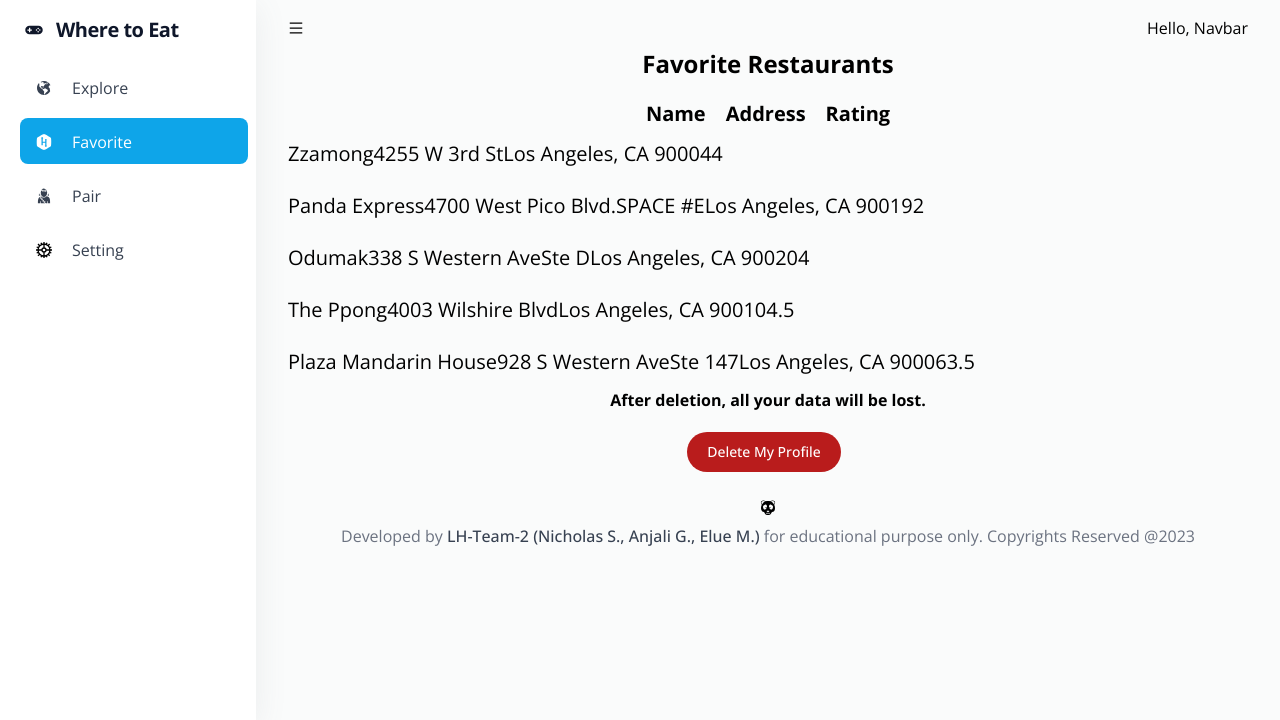
Repository: n-shen/where-to-eat
Page: /favorite (app in client/)
The author's editor kept a copy of each file at every save. The page is drawn from the files as they stood at one save, then again after a run of saves.
The browser window is 1280 px wide. The pictures show the whole page.
The page's requests for data from a server got no answer. The project was rebuilt for these pictures with package versions that can differ from the ones it lists, and the page was loaded fresh each time. No one was signed in, and anything a server would have sent is missing. Also part of the build but not shown: client/src/data/cities.js, client/src/components/SearchForm.jsx, client/src/components/SearchResult.jsx, client/src/components/room.jsx, client/src/components/Room/Chat.jsx, client/src/components/Room/Selection.jsx, client/src/components/Room/Intro.jsx, client/src/components/Room/Game.jsx and 5 more.

Above is the page before, as saved 2023-05-05 20:06:16.

### client/src/index.js
import React from "react";
import ReactDOM from "react-dom/client";
import "./index.css";
import App from "./App";
import { ContextProvider } from "./contexts/ContextProvider";

const root = ReactDOM.createRoot(document.getElementById("root"));
root.render(
  <ContextProvider>
    <App />
  </ContextProvider>
);

### client/src/index.css
@import url('https://fonts.googleapis.com/css2?family=Open+Sans:wght@400;500;600;700&display=swap');

body {
  margin: 0;
  padding:0;
  font-family: "Open Sans", sans-serif;
}

@tailwind base;
@tailwind components;
@tailwind utilities;

### client/src/App.js
import React, { useEffect } from "react";
import { BrowserRouter, Routes, Route } from "react-router-dom";

import { Navbar, Sidebar, RoomPage } from "./components";
import {Favorite, Home} from "./pages";

import { useStateContext } from "./contexts/ContextProvider";
import "./App.css";

// import axios from "axios";

function App() {
  const { shared_info, activeMenu } = useStateContext();

  // const baseURL = shared_info.baseURL;

  return (
      <div>
        <BrowserRouter>
          <div className="flex relative dark:bg-main-dark-bg">
            {activeMenu ? (
                <div className="w-64 fixed sidebar dark:bg-secondary-dark-bg bg-white">
                  <Sidebar />
                </div>
            ) : (
                <div className="w-0 dark:bg-secondary-dark-bg">
                  <Sidebar />
                </div>
            )}

            <div
                className={`dark:bg-main-bg bg-main-bg min-h-screen w-full ${
                    activeMenu ? "md:ml-64" : " flex-2"
                }`}
            >
              <div className="fixed md:static bg-main-bg dark:bg-main-dark-bg navbar w-full">
                <Navbar />
              </div>

              <div>
                <Routes>
                  <Route path="/" element={<Home />}></Route>
                  <Route path="/favorite" element={<Favorite />}></Route>
                  <Route path="/room" element={<RoomPage />}></Route>
                </Routes>
              </div>
            </div>
          </div>
        </BrowserRouter>
      </div>
  );
}

export default App;

### client/src/contexts/ContextProvider.jsx
import React, { createContext, useContext, useState } from "react";
import { io } from "socket.io-client";

const StateContext = createContext();

const shared_info = {
  serverURL: "http://localhost:8080",
  apiURL: "http://localhost:8080/api/v1",
};

const socket = io(shared_info.serverURL);

export const ContextProvider = ({ children }) => {
  const [screenSize, setScreenSize] = useState(undefined);
  const [activeMenu, setActiveMenu] = useState(true);
  const [userProfile, setUserProfile] = useState(undefined);
  const [gameBegin, setGameBegin] = useState(false);
  const [gameIntroBegin, setGameIntroBegin] = useState(false);
  const [selectionBegin, setSelectionBegin] = useState(false);
  const [waiting, setWaiting] = useState(false);
  const [partnerReady, setPartnerReady] = useState(false);
  const [partnerAction, setPartnerAction] = useState("");
  const [displayCross, setDisplayCross] = useState(false);
  const [displayFinal, setDisplayFinal] = useState("");

  const [localStore, setLocalStore] = useState(null);

  const [queryResults, setQueryResults] = useState(null);

  return (
    <StateContext.Provider
      value={{
        socket,
        shared_info,
        userProfile,
        setUserProfile,
        activeMenu,
        setActiveMenu,
        screenSize,
        setScreenSize,
        selectionBegin,
        setSelectionBegin,
        waiting,
        setWaiting,
        gameIntroBegin,
        setGameIntroBegin,
        gameBegin,
        setGameBegin,
        partnerReady,
        setPartnerReady,
        partnerAction,
        setPartnerAction,
        displayCross,
        setDisplayCross,
        displayFinal,
        setDisplayFinal,
        queryResults,
        setQueryResults,
        localStore,
        setLocalStore,
      }}
    >
      {children}
    </StateContext.Provider>
  );
};

export const useStateContext = () => useContext(StateContext);

### client/src/components/index.js
export { default as Navbar } from "./Navbar";
export { default as Sidebar } from "./Sidebar";
export { default as Footer } from "./Footer";
export { default as SearchForm } from "./SearchForm";
export { default as SearchResult } from "./SearchResult";
export { default as RoomPage } from "./room";
export { default as Room } from "./Room/Room";

### client/src/pages/index.jsx
export { default as Home } from "./Home";
export { default as Favorite } from "./Favorite";

### client/src/App.css
.sidebar {
  box-shadow: rgb(113 122 131 / 11%) 0px 7px 30px 0px;
}
.nav-item,
.navbar {
  z-index: 10000;
}
@media  screen and (max-width:800px) {
  .sidebar{
    z-index: 10000000;
  }
}

.e-dlg-center-center, .e-quick-popup-wrapper.e-device{
  z-index: 1000000 !important;
}

::-webkit-scrollbar {
  width: 6px;
}
::-webkit-scrollbar-thumb {
  background-color: rgb(216, 216, 216);
  border-radius: 40px;
}
::-webkit-scrollbar-track {
  background-color: transparent;
}

/* color-picker style  */

#preview {
  background: transparent
  url('https://ej2.syncfusion.com/react/demos/src/color-picker/images/pen.png')
  no-repeat;
  display: inline-block;
  height: 80px;
  margin: 10px 0;
  min-width: 300px;
  max-width: 600px;
  background-color: #008000;
}

.e-input-group:not(.e-float-icon-left), .e-input-group.e-success:not(.e-float-icon-left), .e-input-group.e-warning:not(.e-float-icon-left), .e-input-group.e-error:not(.e-float-icon-left), .e-input-group.e-control-wrapper:not(.e-float-icon-left), .e-input-group.e-control-wrapper.e-success:not(.e-float-icon-left), .e-input-group.e-control-wrapper.e-warning:not(.e-float-icon-left), .e-input-group.e-control-wrapper.e-error:not(.e-float-icon-left){
  border: none;
}

### client/src/components/Navbar.jsx
import React, { useEffect } from "react";
import { useStateContext } from "../contexts/ContextProvider";
import { AiOutlineMenu } from "react-icons/ai";

const Navbar = () => {
    const { activeMenu, setActiveMenu, setScreenSize, screenSize, userProfile } =
        useStateContext();

    useEffect(() => {
        const handleResize = () => setScreenSize(window.innerWidth);

        window.addEventListener("resize", handleResize);

        handleResize();

        return () => window.removeEventListener("resize", handleResize);
    }, [setScreenSize]);

    useEffect(() => {
        if (screenSize <= 900) {
            setActiveMenu(false);
        } else {
            setActiveMenu(true);
        }
    }, [screenSize, setScreenSize, setActiveMenu]);

    const handleActiveMenu = () => setActiveMenu(!activeMenu);

    return (
        <div className="mt-2 flex justify-between p-2 md:ml-6 md:mr-6 relative">
            <button onClick={handleActiveMenu}>
                <AiOutlineMenu />
            </button>
            <div>
                <p className={screenSize >= 900 ? "" : "text-xs"}>Hello, Navbar</p>
                {userProfile && (
                    <div className="flex items-center gap-2 p-1 rounded-lg text-right">
                        <p className={screenSize >= 900 ? "" : "text-xs"}>
                            <span className="text-gray-400 text-14">Hi,</span>{" "}
                            <span className="text-gray-400 font-bold ml-1 text-14">
                {userProfile["name"]}
              </span>{" "}
                            <span className="text-gray-400 text-14">from</span>
                            <span className="text-gray-400 font-bold ml-1 text-14">
                {userProfile["city"]}
              </span>{" "}
                        </p>
                    </div>
                )}
            </div>
        </div>
    );
};

export default Navbar;

### client/src/components/Sidebar.jsx
import React from "react";
import { Link, NavLink } from "react-router-dom";
import { GiEarthAmerica, GiFrankensteinCreature } from "react-icons/gi";
import { GrSettingsOption } from "react-icons/gr";
import { IoLogoGameControllerA } from "react-icons/io";
import { FaHackerrank } from "react-icons/fa";
import { MdOutlineCancel } from "react-icons/md";
import { useStateContext } from "../contexts/ContextProvider";

const Sidebar = () => {
    const { activeMenu, setActiveMenu, screenSize } = useStateContext();

    const handleCloseSideBar = () => {
        if (activeMenu !== undefined && screenSize <= 900) {
            setActiveMenu(false);
        }
    };

    const activeLink =
        "flex items-center gap-5 pl-4 pt-3 pb-2.5 rounded-lg text-white text-md m-2 bg-sky-500/100";
    const normalLink =
        "flex items-center gap-5 pl-4 pt-3 pb-2.5 rounded-lg text-md text-gray-700 dark:text-gray-200 dark:hover:text-black hover:bg-light-gray m-2";

    return (
        <div className="ml-3 h-screen md:overflow-hidden overflow-auto md:hover:overflow-auto pb-10">
            {activeMenu && (
                <>
                    <div className="flex justify-between items-center">
                        <Link
                            to="/"
                            onClick={handleCloseSideBar}
                            className="items-center gap-3 ml-3 mt-4 flex text-xl font-extrabold tracking-tight dart:text-white text-slate-900"
                        >
                            <IoLogoGameControllerA />
                            <span>Where to Eat</span>
                        </Link>

                        <div>
                            <button
                                type="button"
                                onClick={() => setActiveMenu(!activeMenu)}
                                className="text-xl rounded-full p-3 hover:bg-light-gray mt-4 block md:hidden"
                            >
                                <MdOutlineCancel />
                            </button>
                        </div>
                    </div>
                    <div className="mt-5">
                        <NavLink
                            to="/"
                            key="Home"
                            onClick={handleCloseSideBar}
                            className={({ isActive }) => (isActive ? activeLink : normalLink)}
                        >
                            <GiEarthAmerica />
                            <span>Explore</span>
                        </NavLink>

                        <NavLink
                            to="/favorite"
                            key="Favorite"
                            onClick={handleCloseSideBar}
                            className={({ isActive }) => (isActive ? activeLink : normalLink)}
                        >
                            <FaHackerrank />
                            <span>Favorite</span>
                        </NavLink>

                        <NavLink
                            to="/room"
                            key="RoomPage"
                            onClick={handleCloseSideBar}
                            className={({ isActive }) => (isActive ? activeLink : normalLink)}
                        >
                            <GiFrankensteinCreature />
                            <span>Pair</span>
                        </NavLink>

                        <NavLink
                            to="/setting"
                            key="Setting"
                            onClick={handleCloseSideBar}
                            className={({ isActive }) => (isActive ? activeLink : normalLink)}
                        >
                            <GrSettingsOption />
                            <span>Setting</span>
                        </NavLink>
                    </div>
                </>
            )}
        </div>
    );
};

export default Sidebar;

### client/src/components/Footer.jsx
import React from "react";
import { GiPanda } from "react-icons/gi";

const Footer = () => {
    return (
        <div className="mt-5 mb-5 ">
            <div className="flex justify-center mb-2">
                <GiPanda />
            </div>

            <p className="text-center text-gray-500 dark:text-gray-400">
                Developed by{" "}
                <span className="font-medium text-gray-700 dark:text-blue-500 hover:no-underline">
          LH-Team-2 (Nicholas S., Anjali G., Elue M.)
        </span>{" "}
                for educational purpose only. Copyrights Reserved @2023
            </p>
        </div>
    );
};

export default Footer;

### client/src/pages/Favorite.jsx
import React, { useState } from "react";
import { useStateContext } from "../contexts/ContextProvider";
import { Footer } from "../components";
import axios from "axios";

export const restaurants = [
  {
    id: 1,
    name: "Zzamong",
    image:
      "https://s3-media2.fl.yelpcdn.com/bphoto/6AUVIwPCv8wCZ9FYeCfocw/o.jpg",
    address: ["4255 W 3rd St", "Los Angeles, CA 90004"],
    rating: "4",
  },
  {
    id: 2,
    name: "Panda Express",
    image:
      "https://s3-media4.fl.yelpcdn.com/bphoto/44dT6JEXkhMrtUcps1a5jw/o.jpg",
    address: ["4700 West Pico Blvd.", "SPACE #E", "Los Angeles, CA 90019"],
    rating: "2",
  },
  {
    id: 3,
    name: "Odumak",
    image:
      "https://s3-media1.fl.yelpcdn.com/bphoto/hKaezVO6_0F50RXmfH7WBQ/o.jpg",
    address: ["338 S Western Ave", "Ste D", "Los Angeles, CA 90020"],
    rating: "4",
  },
  {
    id: 4,
    name: "The Ppong",
    image:
      "https://s3-media3.fl.yelpcdn.com/bphoto/Li5i5N_Y7VwLTsJvLA2pKw/o.jpg",
    address: ["4003 Wilshire Blvd", "Los Angeles, CA 90010"],
    rating: "4.5",
  },
  {
    id: 5,
    name: "Plaza Mandarin House",
    image:
      "https://s3-media1.fl.yelpcdn.com/bphoto/1nVrf8ItPD0dF_97JGQEzw/o.jpg",
    address: ["928 S Western Ave", "Ste 147", "Los Angeles, CA 90006"],
    rating: "3.5",
  },
];

const Favorite = () => {
  const { shared_info, screenSize, userProfile } = useStateContext();
  const baseURL = shared_info.baseURL;

  return (
    <div className={screenSize >= 900 ? "mt-0" : "mt-16"}>
      <h1 className="text-center font-bold text-2xl mb-5">
        Favorite Restaurants
      </h1>
      <FavoriteList />
      <h2 className="text-center font-bold">
        After deletion, all your data will be lost.
      </h2>
      <div className="flex justify-center">
        <button
          type="button"
          className="mt-5 text-white bg-red-700 hover:bg-red-800 focus:outline-none focus:ring-4 focus:ring-red-300 font-medium rounded-full text-sm px-5 py-2.5 text-center mr-2 mb-2 dark:bg-red-600 dark:hover:bg-red-700 dark:focus:ring-red-900"
        >
          Delete My Profile
        </button>
      </div>

      <Footer />
    </div>
  );
};

export default Favorite;

export const FavoriteList = () => {
  return (
    <div className="">
      <div className="flex flex-wrap items-center justify-center gap-5">
      <h2 className="flex items-center justify-center gap-3 text-xl font-bold text-center">Name</h2>
            <h2 className="flex items-center justify-center gap-3 text-xl font-bold text-center">Address</h2>
            <h2 className="flex items-center justify-center gap-3 text-xl font-bold text-center">Rating</h2>
      </div>
      <div className="flex flex-col items-start justify-center ml-5">
        {restaurants.map((restaurant) => (
          <div
            key={restaurant.id}
            className="flex items-center justify-center m-3"
          >
            <p
              htmlFor={restaurant.name}
              className="flex items-center justify-center gap-3 text-xl text-center"
            >
              {restaurant.name}
            </p>
            <p
              htmlFor={restaurant.address}
              className="flex items-center justify-center gap-3 text-xl text-center"
            >
              {restaurant.address}
            </p>
            <p
              htmlFor={restaurant.rating}
              className="flex items-center justify-center gap-3 text-xl text-center"
            >
              {restaurant.rating}
            </p>
          </div>
        ))}
      </div>
    </div>
  );
};

### client/tailwind.config.js
/** @type {import('tailwindcss').Config} */
module.exports = {
    content: ["./src/**/*.{js,jsx,ts,tsx}"],
    darkMode: "class",
    theme: {
        fontFamily: {
            display: ["Open Sans", "sans-serif"],
            body: ["Open Sans", "sans-serif"],
        },
        extend: {
            fontSize: {
                14: "14px",
            },
            backgroundColor: {
                "main-bg": "#FAFBFB",
                "main-dark-bg": "#20232A",
                "secondary-dark-bg": "#33373E",
                "light-gray": "#F7F7F7",
                "half-transparent": "rgba(0, 0, 0, 0.5)",
            },
            borderWidth: {
                1: "1px",
            },
            borderColor: {
                color: "rgba(0, 0, 0, 0.1)",
            },
            width: {
                400: "400px",
                760: "760px",
                780: "780px",
                800: "800px",
                1000: "1000px",
                1200: "1200px",
                1400: "1400px",
            },
            height: {
                80: "80px",
            },
            minHeight: {
                590: "590px",
            },
        },
    },
    plugins: [],
};

Loaded but not shown: client/public/index.html (common file)

After the next 2 saves:
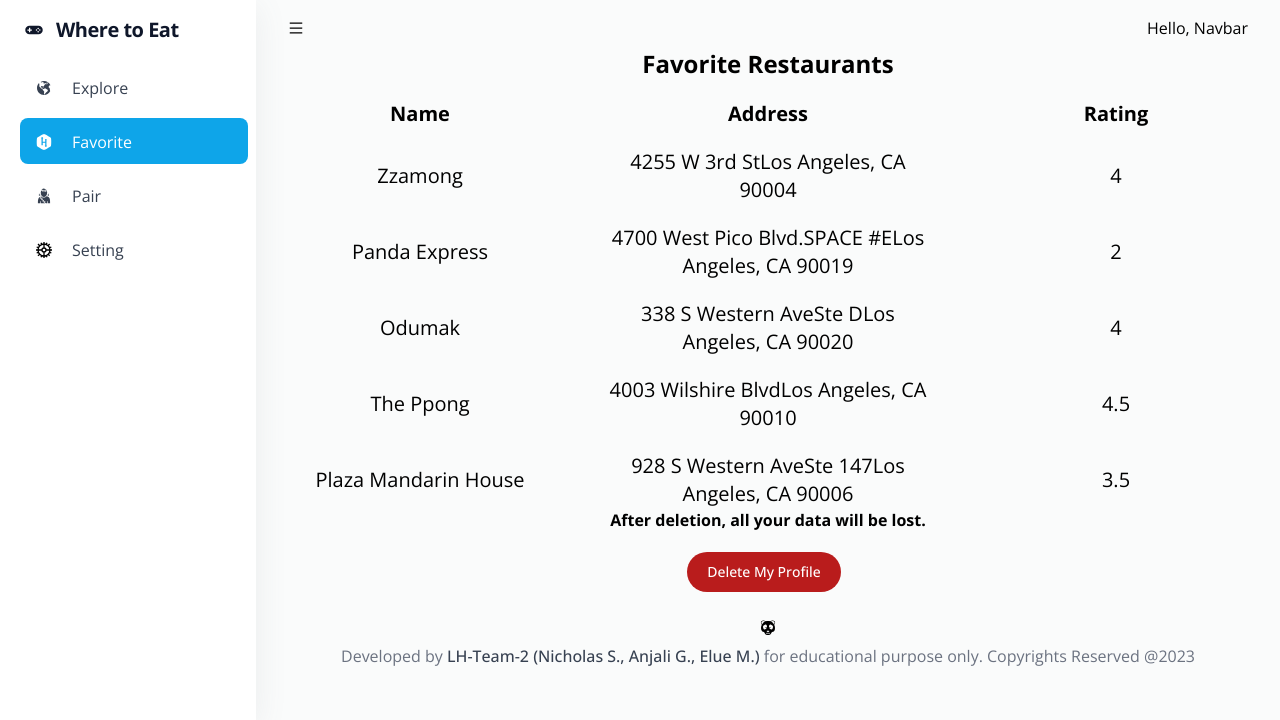
The 2 saves are shown as one change because they came seconds apart.
The last was saved 118 s later.
--- a/client/src/pages/Favorite.jsx
+++ b/client/src/pages/Favorite.jsx
@@ -77,39 +77,18 @@
 
 export const FavoriteList = () => {
   return (
-    <div className="">
-      <div className="flex flex-wrap items-center justify-center gap-5">
-      <h2 className="flex items-center justify-center gap-3 text-xl font-bold text-center">Name</h2>
-            <h2 className="flex items-center justify-center gap-3 text-xl font-bold text-center">Address</h2>
-            <h2 className="flex items-center justify-center gap-3 text-xl font-bold text-center">Rating</h2>
-      </div>
-      <div className="flex flex-col items-start justify-center ml-5">
-        {restaurants.map((restaurant) => (
-          <div
-            key={restaurant.id}
-            className="flex items-center justify-center m-3"
-          >
-            <p
-              htmlFor={restaurant.name}
-              className="flex items-center justify-center gap-3 text-xl text-center"
-            >
-              {restaurant.name}
-            </p>
-            <p
-              htmlFor={restaurant.address}
-              className="flex items-center justify-center gap-3 text-xl text-center"
-            >
-              {restaurant.address}
-            </p>
-            <p
-              htmlFor={restaurant.rating}
-              className="flex items-center justify-center gap-3 text-xl text-center"
-            >
-              {restaurant.rating}
-            </p>
-          </div>
-        ))}
-      </div>
-    </div>
+    <div className="grid grid-cols-3 gap-5">
+    <h2 className="flex items-center justify-center gap-3 text-xl font-bold text-center">Name</h2>
+    <h2 className="flex items-center justify-center gap-3 text-xl font-bold text-center">Address</h2>
+    <h2 className="flex items-center justify-center gap-3 text-xl font-bold text-center">Rating</h2>
+    {restaurants.map((restaurant) => (
+      <React.Fragment key={restaurant.id}>
+        <p className="flex items-center justify-center gap-3 text-xl text-center">{restaurant.name}</p>
+        <p className="flex items-center justify-center gap-3 text-xl text-center">{restaurant.address}</p>
+        <p className="flex items-center justify-center gap-3 text-xl text-center">{restaurant.rating}</p>
+      </React.Fragment>
+    ))}
+  </div>
+
   );
 };
